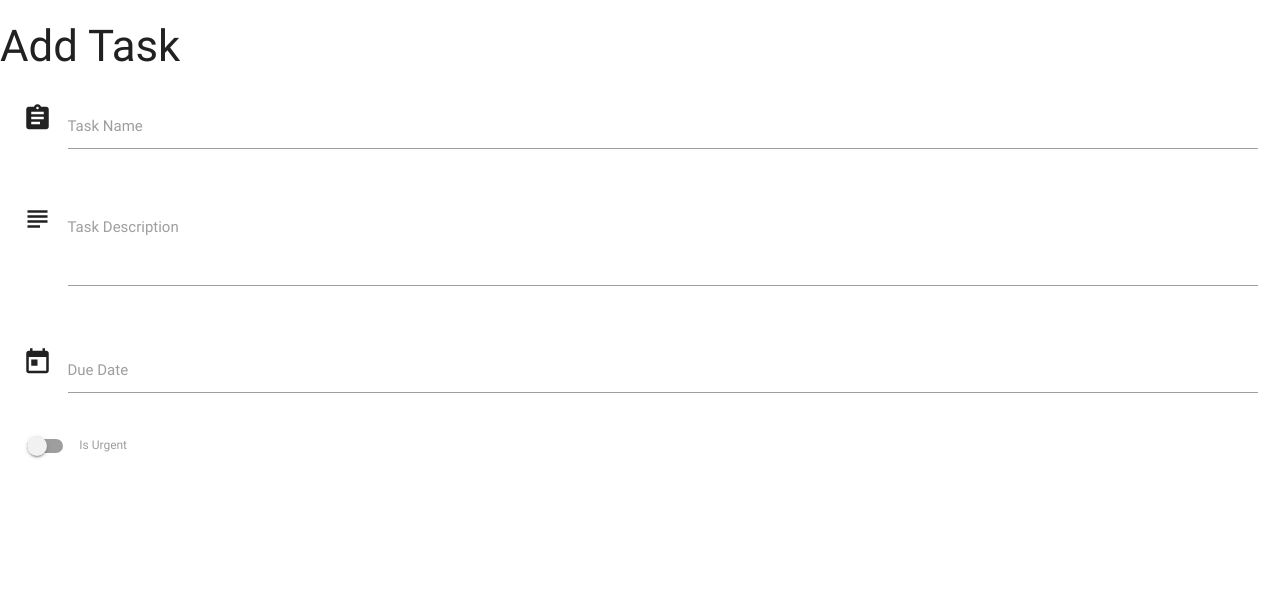
Repository: DanielJMaia/task-manager-minip
Page: http://localhost/add_task
The author's editor kept a record of every edit. The page is drawn from the files as they stood at one moment, then again after the next edit.
The browser window is 1280 px wide. The pictures show the whole page.
Some web libraries are served in a nearby version. The page is served by the project's application, run on Flask 3 (app.py).

Above is the page before.

After the next edit:
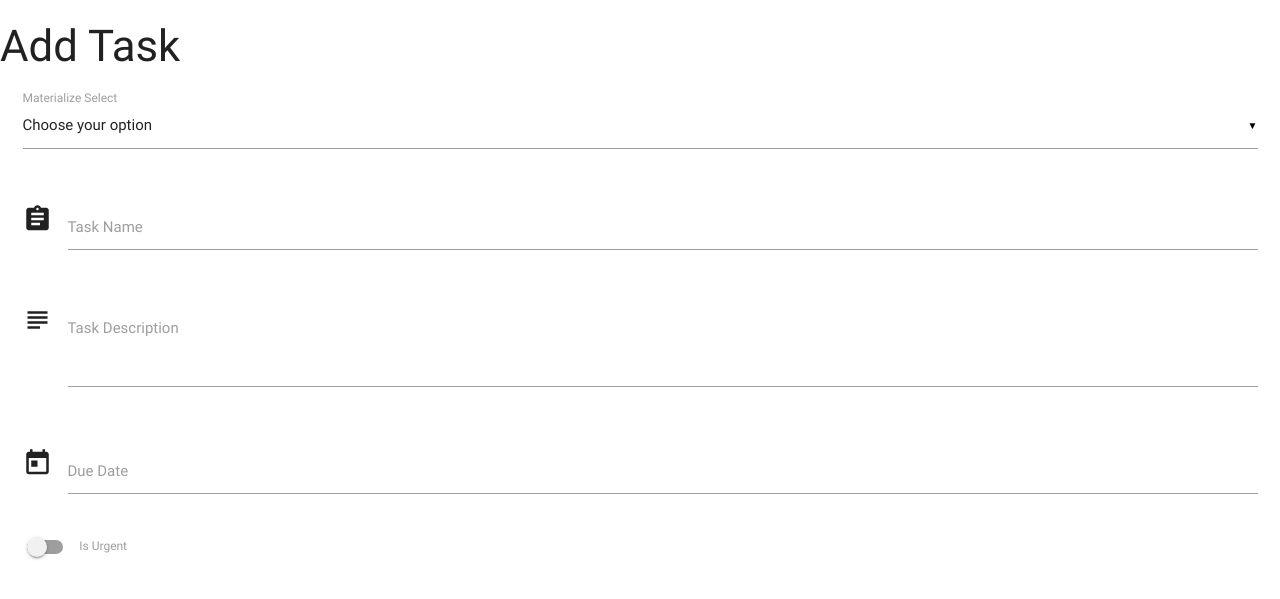
The edit:
--- a/templates/addtask.html
+++ b/templates/addtask.html
@@ -3,6 +3,18 @@
 <h3>Add Task</h3>
 <div class="row">
     <form class="col s12">
+        <div class="row">
+            <div class="input-field col s12">
+                <select>
+      <option value="" disabled selected>Choose your option</option>
+      <option value="1">Option 1</option>
+                  <option value="2">Option 2</option>
+                  <option value="3">Option 3</option>
+                </select>
+                <label>Materialize Select</label>
+            </div>
+        </div>
+
         <div class="row">
             <div class="input-field col s12">
                 <i class="material-icons prefix">assignment</i>
